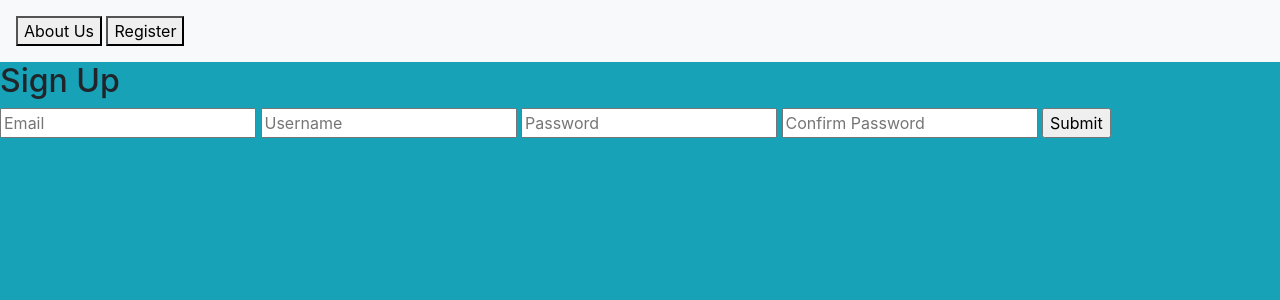
Repository: rodwestmoreland/1150
Page: registrationForm/index.html
The author's editor kept a copy of each file at every save. The page is drawn from the files as they stood at one save, then again after the next save.
The browser window is 1280 px wide. The pictures show the whole page.

Above is the page before, as saved 2021-01-25 14:19:12.

### registrationForm/index.html
<!DOCTYPE html>
<html lang="en">
<head>
    <meta charset="UTF-8">
    <meta name="viewport" content="width=device-width, initial-scale=1.0,  shrink-to-fit=no">
    <title>Registration</title>
    <link rel="stylesheet" href="https://stackpath.bootstrapcdn.com/bootstrap/4.3.1/css/bootstrap.min.css" integrity="sha384-ggOyR0iXCbMQv3Xipma34MD+dH/1fQ784/j6cY/iJTQUOhcWr7x9JvoRxT2MZw1T" crossorigin="anonymous">
    <link rel="stylesheet" href="style.css">

</head>
<nav class="bg-light p-3 mr-20">
    <button>About Us    </button>
    <button>Register    </button>
</nav>
<body class="bg-info">


    <div class="formWrapper">
        <form>
            <h2>Sign Up</h2>
            <input type="text" id="email"    placeholder="Email">
            <input type="text" id="username" placeholder="Username">
            <input type="text" id="password" placeholder="Password">
            <input type="text" id="confirm"  placeholder="Confirm Password">
            <input type="submit" name="Submit">
        </form>

    </div>
    <script src="https://code.jquery.com/jquery-3.3.1.slim.min.js" integrity="sha384-q8i/X+965DzO0rT7abK41JStQIAqVgRVzpbzo5smXKp4YfRvH+8abtTE1Pi6jizo" crossorigin="anonymous"></script>
    <script src="https://cdnjs.cloudflare.com/ajax/libs/popper.js/1.14.7/umd/popper.min.js" integrity="sha384-UO2eT0CpHqdSJQ6hJty5KVphtPhzWj9WO1clHTMGa3JDZwrnQq4sF86dIHNDz0W1" crossorigin="anonymous"></script>
    <script src="https://stackpath.bootstrapcdn.com/bootstrap/4.3.1/js/bootstrap.min.js" integrity="sha384-JjSmVgyd0p3pXB1rRibZUAYoIIy6OrQ6VrjIEaFf/nJGzIxFDsf4x0xIM+B07jRM" crossorigin="anonymous"></script>
  </body>
</body>
</html>

Loaded but not shown: registrationForm/style.css (no stored copy; drawn as an empty file)

After the next save:
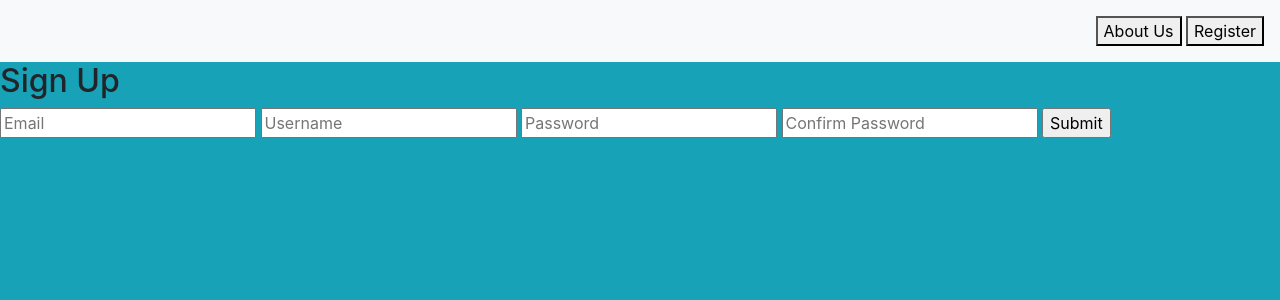
Saved 59 s later.
--- a/registrationForm/index.html
+++ b/registrationForm/index.html
@@ -8,7 +8,7 @@
     <link rel="stylesheet" href="style.css">
 
 </head>
-<nav class="bg-light p-3 mr-20">
+<nav class="bg-light p-3 text-right">
     <button>About Us    </button>
     <button>Register    </button>
 </nav>
